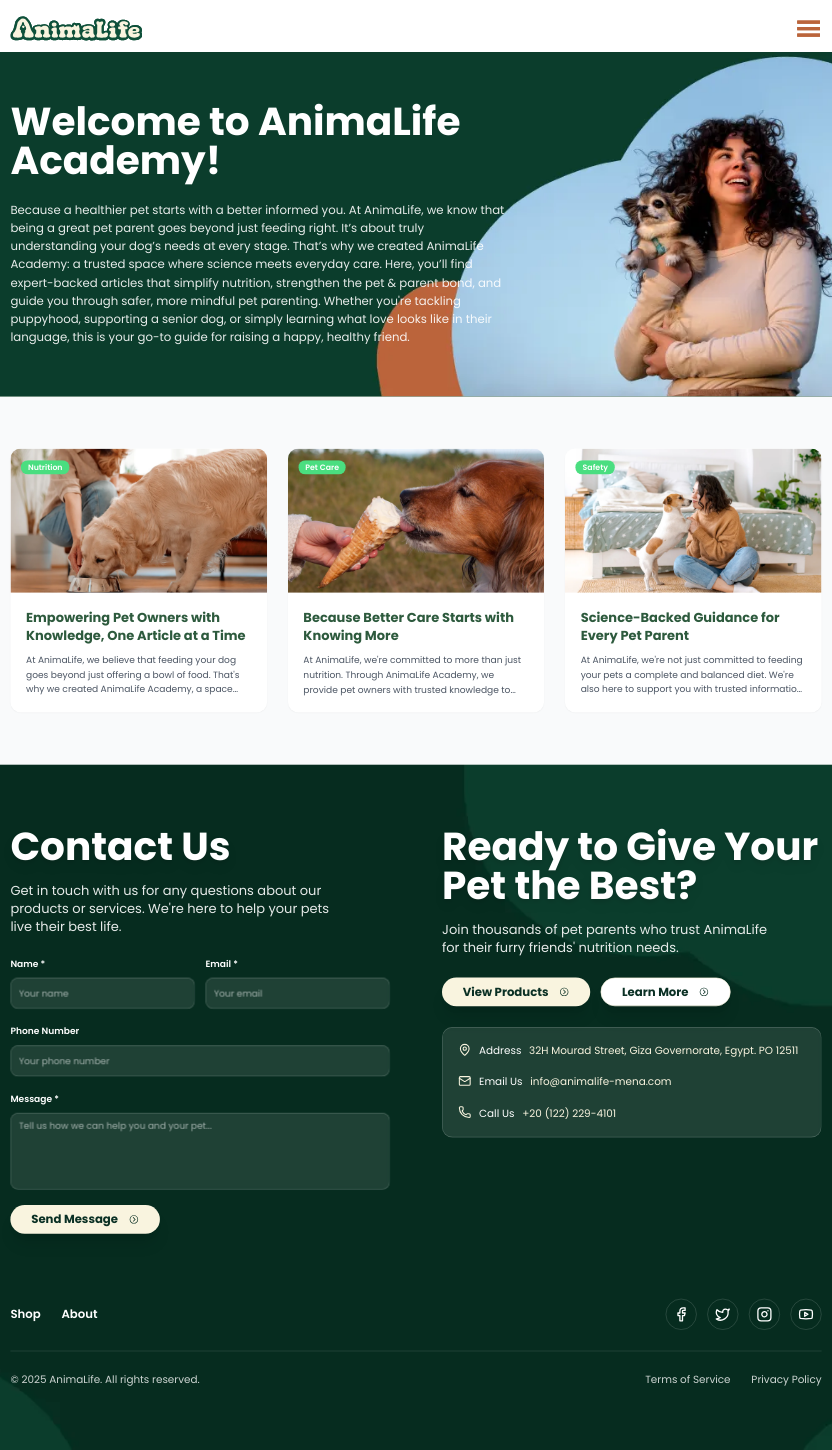
Repository: the-jupiteragency/animalife
Page: /academy
An editor plug-in stored every save of this project. The page is shown before and after the next save, followed by the edit.
The browser window is 1280 px wide. The pictures show the whole page, at 65% of full size.
The project was rebuilt for these pictures with package versions that can differ from the ones it lists, and the page was loaded fresh each time. The framework's server and built-in components were replaced by stand-ins that run in the browser. Also part of the build but not shown: next.config.mjs.

Above is the page before, as saved 2025-08-05 09:56:58.

### app/layout.tsx
import type { Metadata, Viewport } from "next";
import "./globals.css";
import { Header } from "@/components/header";
import { Footer } from "@/components/footer";
import Script from "next/script";

export const metadata: Metadata = {
  metadataBase: new URL('https://animalife.vercel.app'),
  title: {
    default: "AnimaLife | Science-Driven Pet Nutrition & Wellness",
    template: "%s | AnimaLife"
  },
  description:
    "AnimaLife offers science-driven, complete, and balanced nutrition for pets. Discover products tailored to your pet's unique needs, expert advice, and a passionate community of animal lovers.",
  keywords: [
    "AnimaLife",
    "pet nutrition",
    "dog food",
    "cat food",
    "science-based pet care",
    "pet wellness",
    "healthy pets",
    "animal health",
    "pet products",
    "pet academy",
    "pet community",
    "premium pet food",
    "natural pet nutrition",
    "pet health supplements"
  ],
  authors: [{ name: "AnimaLife Team", url: "https://animalife.vercel.app" }],
  creator: "AnimaLife",
  publisher: "AnimaLife",
  formatDetection: {
    email: false,
    address: false,
    telephone: false,
  },
  category: 'Pet Care',
  classification: 'Pet Nutrition and Wellness',
  openGraph: {
    title: "AnimaLife | Science-Driven Pet Nutrition & Wellness",
    description:
      "AnimaLife offers science-driven, complete, and balanced nutrition for pets. Discover products tailored to your pet's unique needs, expert advice, and a passionate community of animal lovers.",
    url: "https://animalife.vercel.app",
    siteName: "AnimaLife",
    images: [
      {
        url: "/hero1.webp",
        width: 1200,
        height: 630,
        alt: "AnimaLife - Science-Driven Pet Nutrition",
      },
    ],
    locale: "en_US",
    type: "website",
  },
  twitter: {
    card: 'summary_large_image',
    title: 'AnimaLife | Science-Driven Pet Nutrition & Wellness',
    description: 'AnimaLife offers science-driven, complete, and balanced nutrition for pets. Discover products tailored to your pet\'s unique needs.',
    images: ['/hero1.webp'],
    creator: '@animalife',
    site: '@animalife'
  },
  robots: {
    index: true,
    follow: true,
    googleBot: {
      index: true,
      follow: true,
      'max-video-preview': -1,
      'max-image-preview': 'large',
      'max-snippet': -1,
    },
  },
  icons: {
    icon: [
      { url: '/favicon.ico' },
      { url: '/favicon.png', type: 'image/png' },
    ],
    shortcut: '/favicon.ico',
    apple: [
      { url: '/apple-touch-icon.png' },
      { url: '/apple-touch-icon-72x72.png', sizes: '72x72', type: 'image/png' },
      { url: '/apple-touch-icon-114x114.png', sizes: '114x114', type: 'image/png' },
    ],
  },
  manifest: '/site.webmanifest',
  alternates: {
    canonical: 'https://animalife.vercel.app',
  },
  verification: {
    google: 'your-google-verification-code',
    yandex: 'your-yandex-verification-code',
    yahoo: 'your-yahoo-verification-code',
  },
};

export const viewport: Viewport = {
  themeColor: "#1B4838",
};

const jsonLd = {
  '@context': 'https://schema.org',
  '@type': 'Organization',
  name: 'AnimaLife',
  url: 'https://animalife.vercel.app',
  logo: 'https://animalife.vercel.app/logo.svg',
  description: 'AnimaLife offers science-driven, complete, and balanced nutrition for pets.',
  contactPoint: {
    '@type': 'ContactPoint',
    contactType: 'Customer Service',
    availableLanguage: 'English'
  },
  sameAs: [
    'https://facebook.com/animalife',
    'https://twitter.com/animalife',
    'https://instagram.com/animalife'
  ],
  address: {
    '@type': 'PostalAddress',
    addressCountry: 'EG'
  }
};

export default function RootLayout({
  children,
}: Readonly<{
  children: React.ReactNode;
}>) {
  return (
    <html lang="en">
      <head>
        <link rel="preconnect" href="https://fonts.googleapis.com" />
        <link rel="preconnect" href="https://fonts.gstatic.com" crossOrigin="anonymous" />
        <link rel="dns-prefetch" href="https://fonts.googleapis.com" />
        <meta name="theme-color" content="#1B4838" />
        <meta name="msapplication-TileColor" content="#1B4838" />
        <meta name="apple-mobile-web-app-capable" content="yes" />
        <meta name="apple-mobile-web-app-status-bar-style" content="default" />
        <meta name="format-detection" content="telephone=no" />
        <Script
          id="json-ld"
          type="application/ld+json"
          dangerouslySetInnerHTML={{ __html: JSON.stringify(jsonLd) }}
        />
      </head>
      <body>
        <Header />
        {children}
        <Footer />
      </body>
    </html>
  );
}

### app/academy/page.tsx
"use client";

import { Card, CardContent } from "@/components/ui/card";
import { Badge } from "@/components/ui/badge";
import Image from "next/image";
import Link from "next/link";
import { Header } from "@/components/header";
import { AcademyPosts } from "@/app/data/academy-posts";

// Remove the hardcoded blogPosts array and use:
const blogPosts = AcademyPosts;

export default function AcademyPage() {
  return (
    <div className="min-h-screen bg-white">
      {/* Header */}
      <Header />
      {/* Add top padding to account for fixed header */}
      <div className="pt-20">
        {/* Hero Banner Section */}
        <section className="relative h-[530px] bg-[#2d5a3d] overflow-hidden">
          <div className="absolute inset-0">
            <Image
              src="/academy-banner.webp"
              alt="Academy Banner"
              fill
              className="object-cover w-full h-full"
              priority
            />
          </div>
          <div className="relative z-10 container mx-auto px-4 h-full flex items-center">
            <div className="max-w-3xl">
              <h1 className="text-4xl md:text-4xl lg:text-6xl font-bold text-white mb-8 leading-tight">
                Welcome to AnimaLife Academy!
              </h1>
              <p className="text-lg md:text-lg text-white/90 leading-relaxed">
                Because a healthier pet starts with a better informed you. At
                AnimaLife, we know that being a great pet parent goes beyond
                just feeding right. It’s about truly understanding your dog’s
                needs at every stage. That’s why we created AnimaLife Academy: a
                trusted space where science meets everyday care. Here, you’ll
                find expert-backed articles that simplify nutrition, strengthen
                the pet & parent bond, and guide you through safer, more mindful
                pet parenting. Whether you're tackling puppyhood, supporting a
                senior dog, or simply learning what love looks like in their
                language, this is your go-to guide for raising a happy, healthy
                friend.
              </p>
            </div>
          </div>
        </section>

        {/* Blog Posts Grid */}
        <section className="py-12 md:py-20 bg-gray-50">
          <div className="container mx-auto px-4">
            <div className="grid grid-cols-1 md:grid-cols-2 lg:grid-cols-3 gap-6 md:gap-8">
              {blogPosts.map((post) => (
                <Link key={post.id} href={`/academy/${post.id}`}>
                  <Card className="cursor-pointer transform transition-all duration-300 hover:scale-105 hover:shadow-xl bg-white border-0 rounded-2xl overflow-hidden group">
                    <CardContent className="p-0">
                      <div className="aspect-video relative overflow-hidden">
                        <Image
                          src={post.image || "/placeholder.svg"}
                          alt={post.title}
                          fill
                          className="object-cover w-full h-full group-hover:scale-105 transition-all duration-500"
                          sizes="(max-width: 768px) 100vw, (max-width: 1200px) 50vw, 33vw"
                        />
                        <div className="absolute top-4 left-4">
                          <Badge className="bg-[#4ade80] text-white hover:bg-[#22c55e] group-hover:scale-110 transition-transform duration-300">
                            {post.category}
                          </Badge>
                        </div>
                      </div>

                      <div className="p-4 md:p-6">
                        <h3 className="text-lg md:text-xl font-bold text-[#2d5a3d] mb-3 line-clamp-2 group-hover:text-[#1e3a2a] transition-colors duration-300">
                          {post.title}
                        </h3>
                        <p className="text-gray-600 text-sm leading-relaxed line-clamp-3 group-hover:text-gray-700 transition-colors duration-300">
                          {post.excerpt}
                        </p>
                      </div>
                    </CardContent>
                  </Card>
                </Link>
              ))}
            </div>
          </div>
        </section>
      </div>{" "}
      {/* Close pt-20 div */}
    </div>
  );
}

### components/header.tsx
"use client";

import { useState, useEffect } from "react";
import { Menu, X } from "lucide-react";
import { GiHamburgerMenu } from "react-icons/gi";
import { IoMdCloseCircle } from "react-icons/io";
import { Button } from "@/components/ui/button";
import Link from "next/link";
import Image from "next/image";

export function Header() {
  const [isMenuOpen, setIsMenuOpen] = useState(false);
  const [scrolled, setScrolled] = useState(false);

  useEffect(() => {
    const handleScroll = () => {
      setScrolled(window.scrollY > 10);
    };
    window.addEventListener("scroll", handleScroll);
    return () => window.removeEventListener("scroll", handleScroll);
  }, []);

  return (
    <header
      className={`fixed top-0 left-0 right-0 z-50 transition-colors duration-300 ${
        scrolled ? "bg-[#0A3D2C]" : "bg-transparent"
      }`}
    >
      <div className="container mx-auto px-4 py-4 md:py-6 flex items-center justify-between font-mono font-normal text-base bg-transparent text-[rgba(249,244,223,1)] flex-row">
        <Link
          href="/"
          className="text-white text-xl md:text-2xl font-bold hover:text-green-200 transition-colors"
        >
          <Image
            src="/logo.svg"
            alt="AnimaLife"
            width={120}
            height={120}
            priority
            style={{ width: "auto", height: "auto" }}
          />
        </Link>

        <div
          className="transition-all duration-300 hover:scale-110"
          onClick={() => setIsMenuOpen(!isMenuOpen)}
        >
          {isMenuOpen ? (
            <IoMdCloseCircle
              className={`h-10 w-10 ${scrolled ? "text-white" : "text-[#1B4838]"}`}
            />
          ) : (
            <GiHamburgerMenu
              className={`h-10 w-10 ${scrolled ? "text-white" : "md:text-[#BA643B]"}`}
            />
          )}
        </div>
      </div>

      {/* Menu Overlay */}
      {isMenuOpen && (
        <div className="fixed inset-0 z-50 bg-[#2d5a3d]">
          <div className="absolute top-4 right-4">
            <div
              className="text-white transition-all duration-300 hover:scale-110"
              onClick={() => setIsMenuOpen(false)}
            >
              <IoMdCloseCircle className="h-12 w-12" />
            </div>
          </div>

          <div className="flex items-center justify-center min-h-screen">
            <nav className="text-center space-y-8 md:space-y-12">
              <Link
                href="/"
                className="block text-white text-xl md:text-2xl font-medium hover:text-green-200 transition-colors"
                onClick={() => setIsMenuOpen(false)}
              >
                Home
              </Link>
              <Link
                href="/products"
                className="block text-white text-xl md:text-2xl font-medium hover:text-green-200 transition-colors"
                onClick={() => setIsMenuOpen(false)}
              >
                Our Products
              </Link>
              <Link
                href="/about"
                className="block text-white text-xl md:text-2xl font-medium hover:text-green-200 transition-colors"
                onClick={() => setIsMenuOpen(false)}
              >
                Discover AnimaLife
              </Link>
              <Link
                href="/academy"
                className="block text-white text-xl md:text-2xl font-medium hover:text-green-200 transition-colors"
                onClick={() => setIsMenuOpen(false)}
              >
                AnimaLife Academy
              </Link>
            </nav>
          </div>
        </div>
      )}
    </header>
  );
}

### components/ui/card.tsx
import * as React from "react"

import { cn } from "@/lib/utils"

const Card = React.forwardRef<
  HTMLDivElement,
  React.HTMLAttributes<HTMLDivElement>
>(({ className, ...props }, ref) => (
  <div
    ref={ref}
    className={cn(
      "rounded-lg border bg-card text-card-foreground shadow-sm",
      className
    )}
    {...props}
  />
))
Card.displayName = "Card"

const CardHeader = React.forwardRef<
  HTMLDivElement,
  React.HTMLAttributes<HTMLDivElement>
>(({ className, ...props }, ref) => (
  <div
    ref={ref}
    className={cn("flex flex-col space-y-1.5 p-6", className)}
    {...props}
  />
))
CardHeader.displayName = "CardHeader"

const CardTitle = React.forwardRef<
  HTMLDivElement,
  React.HTMLAttributes<HTMLDivElement>
>(({ className, ...props }, ref) => (
  <div
    ref={ref}
    className={cn(
      "text-2xl font-semibold leading-none tracking-tight",
      className
    )}
    {...props}
  />
))
CardTitle.displayName = "CardTitle"

const CardDescription = React.forwardRef<
  HTMLDivElement,
  React.HTMLAttributes<HTMLDivElement>
>(({ className, ...props }, ref) => (
  <div
    ref={ref}
    className={cn("text-sm text-muted-foreground", className)}
    {...props}
  />
))
CardDescription.displayName = "CardDescription"

const CardContent = React.forwardRef<
  HTMLDivElement,
  React.HTMLAttributes<HTMLDivElement>
>(({ className, ...props }, ref) => (
  <div ref={ref} className={cn("p-6 pt-0", className)} {...props} />
))
CardContent.displayName = "CardContent"

const CardFooter = React.forwardRef<
  HTMLDivElement,
  React.HTMLAttributes<HTMLDivElement>
>(({ className, ...props }, ref) => (
  <div
    ref={ref}
    className={cn("flex items-center p-6 pt-0", className)}
    {...props}
  />
))
CardFooter.displayName = "CardFooter"

export { Card, CardHeader, CardFooter, CardTitle, CardDescription, CardContent }

### components/ui/badge.tsx
import * as React from "react"
import { cva, type VariantProps } from "class-variance-authority"

import { cn } from "@/lib/utils"

const badgeVariants = cva(
  "inline-flex items-center rounded-full border px-2.5 py-0.5 text-xs font-semibold transition-colors focus:outline-none focus:ring-2 focus:ring-ring focus:ring-offset-2",
  {
    variants: {
      variant: {
        default:
          "border-transparent bg-primary text-primary-foreground hover:bg-primary/80",
        secondary:
          "border-transparent bg-secondary text-secondary-foreground hover:bg-secondary/80",
        destructive:
          "border-transparent bg-destructive text-destructive-foreground hover:bg-destructive/80",
        outline: "text-foreground",
      },
    },
    defaultVariants: {
      variant: "default",
    },
  }
)

export interface BadgeProps
  extends React.HTMLAttributes<HTMLDivElement>,
    VariantProps<typeof badgeVariants> {}

function Badge({ className, variant, ...props }: BadgeProps) {
  return (
    <div className={cn(badgeVariants({ variant }), className)} {...props} />
  )
}

export { Badge, badgeVariants }

### components/ui/button.tsx
import * as React from "react";
import { Slot } from "@radix-ui/react-slot";
import { cva, type VariantProps } from "class-variance-authority";

import { cn } from "@/lib/utils";

const buttonVariants = cva(
  "inline-flex items-center justify-center gap-2 whitespace-nowrap rounded-md text-sm font-medium ring-offset-background transition-colors focus-visible:outline-none focus-visible:ring-2 focus-visible:ring-ring focus-visible:ring-offset-2 disabled:pointer-events-none disabled:opacity-50 [&_svg]:pointer-events-none [&_svg]:size-4 [&_svg]:shrink-0",
  {
    variants: {
      variant: {
        default: "bg-primary text-primary-foreground hover:bg-primary/90",
        destructive:
          "bg-destructive text-destructive-foreground hover:bg-destructive/90",
        outline:
          "border border-input bg-background hover:bg-accent hover:text-accent-foreground",
        secondary:
          "bg-secondary text-secondary-foreground hover:bg-secondary/80",
        ghost: "hover:bg-accent hover:text-accent-foreground",
        link: "text-primary underline-offset-4 hover:underline",
        icon: "bg-transparent",
        hover:
          "bg-[#F9F4DF] text-[#0A3024] hover:bg-[#A7552E] hover:text-white",
      },
      size: {
        default: "h-10 px-4 py-2",
        sm: "h-9 rounded-md px-3",
        lg: "h-11 rounded-md px-8",
        icon: "h-10 w-10",
      },
    },
    defaultVariants: {
      variant: "default",
      size: "default",
    },
  }
);

export interface ButtonProps
  extends React.ButtonHTMLAttributes<HTMLButtonElement>,
    VariantProps<typeof buttonVariants> {
  asChild?: boolean;
}

const Button = React.forwardRef<HTMLButtonElement, ButtonProps>(
  ({ className, variant, size, asChild = false, ...props }, ref) => {
    const Comp = asChild ? Slot : "button";
    return (
      <Comp
        className={cn(buttonVariants({ variant, size, className }))}
        ref={ref}
        {...props}
      />
    );
  }
);
Button.displayName = "Button";

export { Button, buttonVariants };

### components/ui/input.tsx
import * as React from "react"

import { cn } from "@/lib/utils"

const Input = React.forwardRef<HTMLInputElement, React.ComponentProps<"input">>(
  ({ className, type, ...props }, ref) => {
    return (
      <input
        type={type}
        className={cn(
          "flex h-10 w-full rounded-md border border-input bg-background px-3 py-2 text-base ring-offset-background file:border-0 file:bg-transparent file:text-sm file:font-medium file:text-foreground placeholder:text-muted-foreground focus-visible:outline-none focus-visible:ring-2 focus-visible:ring-ring focus-visible:ring-offset-2 disabled:cursor-not-allowed disabled:opacity-50 md:text-sm",
          className
        )}
        ref={ref}
        {...props}
      />
    )
  }
)
Input.displayName = "Input"

export { Input }

### tailwind.config.ts
import type { Config } from "tailwindcss";

const config: Config = {
  darkMode: ["class"],
  content: [
    "./pages/**/*.{js,ts,jsx,tsx,mdx}",
    "./components/**/*.{js,ts,jsx,tsx,mdx}",
    "./app/**/*.{js,ts,jsx,tsx,mdx}",
    "*.{js,ts,jsx,tsx,mdx}",
  ],
  theme: {
    extend: {
      colors: {
        background: "hsl(var(--background))",
        foreground: "hsl(var(--foreground))",
        card: {
          DEFAULT: "hsl(var(--card))",
          foreground: "hsl(var(--card-foreground))",
        },
        popover: {
          DEFAULT: "hsl(var(--popover))",
          foreground: "hsl(var(--popover-foreground))",
        },
        primary: {
          DEFAULT: "hsl(var(--primary))",
          foreground: "hsl(var(--primary-foreground))",
        },
        secondary: {
          DEFAULT: "hsl(var(--secondary))",
          foreground: "hsl(var(--secondary-foreground))",
        },
        muted: {
          DEFAULT: "hsl(var(--muted))",
          foreground: "hsl(var(--muted-foreground))",
        },
        accent: {
          DEFAULT: "hsl(var(--accent))",
          foreground: "hsl(var(--accent-foreground))",
        },
        destructive: {
          DEFAULT: "hsl(var(--destructive))",
          foreground: "hsl(var(--destructive-foreground))",
        },
        border: "hsl(var(--border))",
        input: "hsl(var(--input))",
        ring: "hsl(var(--ring))",
        chart: {
          "1": "hsl(var(--chart-1))",
          "2": "hsl(var(--chart-2))",
          "3": "hsl(var(--chart-3))",
          "4": "hsl(var(--chart-4))",
          "5": "hsl(var(--chart-5))",
        },
        sidebar: {
          DEFAULT: "hsl(var(--sidebar-background))",
          foreground: "hsl(var(--sidebar-foreground))",
          primary: "hsl(var(--sidebar-primary))",
          "primary-foreground": "hsl(var(--sidebar-primary-foreground))",
          accent: "hsl(var(--sidebar-accent))",
          "accent-foreground": "hsl(var(--sidebar-accent-foreground))",
          border: "hsl(var(--sidebar-border))",
          ring: "hsl(var(--sidebar-ring))",
        },
      },
      borderRadius: {
        lg: "var(--radius)",
        md: "calc(var(--radius) - 2px)",
        sm: "calc(var(--radius) - 4px)",
      },
      fontFamily: {
        sans: [
          'Poppins',
          '-apple-system',
          'BlinkMacSystemFont',
          'Segoe UI',
          'Roboto',
          'Oxygen',
          'Ubuntu',
          'Cantarell',
          'Fira Sans',
          'Droid Sans',
          'Helvetica Neue',
          'sans-serif'
        ],
        headline: [
          'Co Headline',
          'Poppins',
          '-apple-system',
          'BlinkMacSystemFont',
          'Segoe UI',
          'sans-serif'
        ],
      },
      keyframes: {
        "accordion-down": {
          from: {
            height: "0",
          },
          to: {
            height: "var(--radix-accordion-content-height)",
          },
        },
        "accordion-up": {
          from: {
            height: "var(--radix-accordion-content-height)",
          },
          to: {
            height: "0",
          },
        },
      },
      animation: {
        "accordion-down": "accordion-down 0.2s ease-out",
        "accordion-up": "accordion-up 0.2s ease-out",
      },
    },
  },
  plugins: [require("tailwindcss-animate")],
};
export default config;

Loaded but not shown: components/ui/textarea.tsx (common file); lib/utils.ts (common file); components/footer.tsx (439 lines, source omitted); app/data/academy-posts.ts (242 lines, source omitted); app/globals.css (185 lines, source omitted)

After the next save:
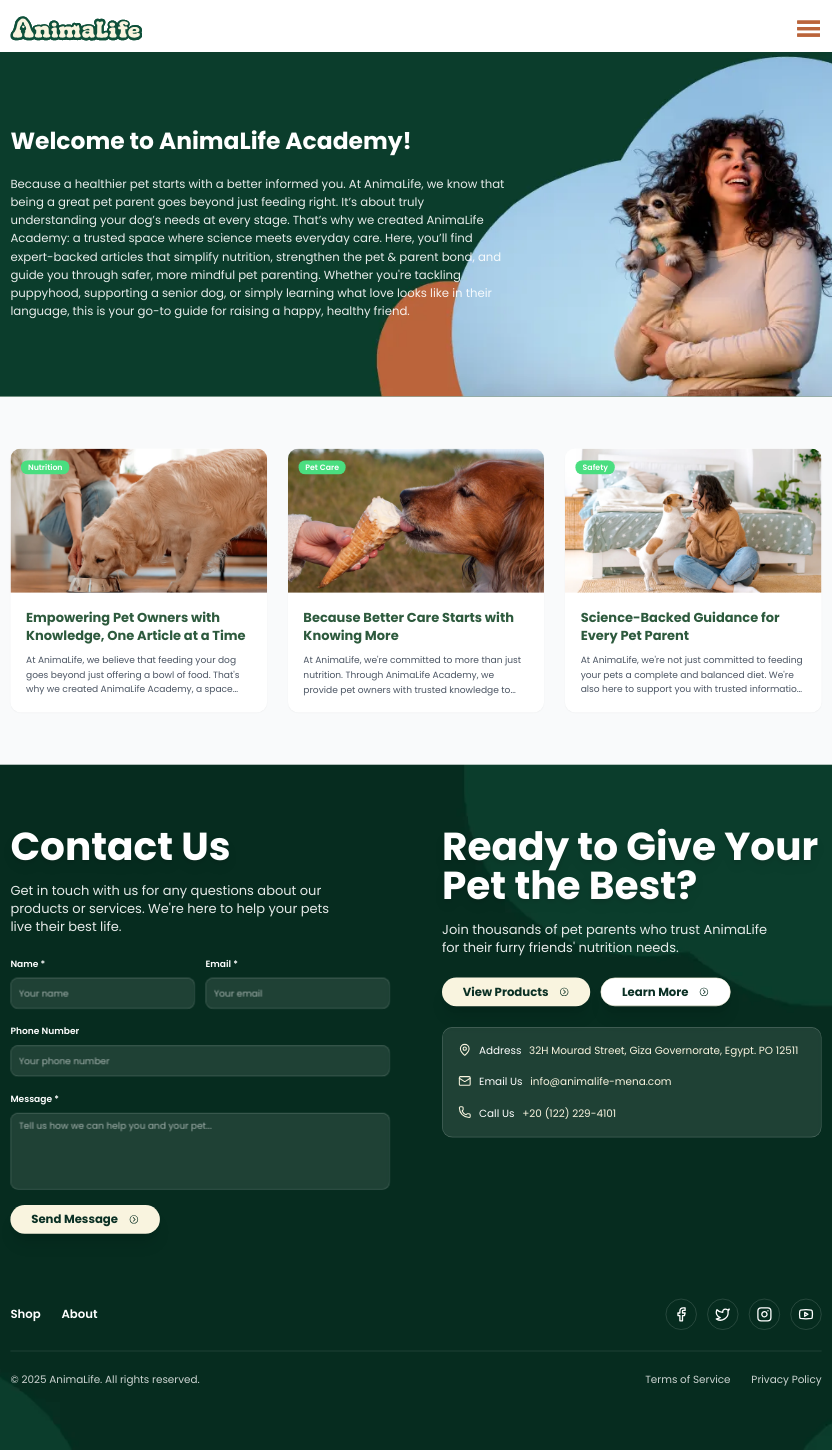
Saved 8 s later.
--- a/app/academy/page.tsx
+++ b/app/academy/page.tsx
@@ -30,7 +30,7 @@
           </div>
           <div className="relative z-10 container mx-auto px-4 h-full flex items-center">
             <div className="max-w-3xl">
-              <h1 className="text-4xl md:text-4xl lg:text-6xl font-bold text-white mb-8 leading-tight">
+              <h1 className="text-4xl md:text-5xl lg:text-4xl font-bold text-white mb-8 leading-tight">
                 Welcome to AnimaLife Academy!
               </h1>
               <p className="text-lg md:text-lg text-white/90 leading-relaxed">
